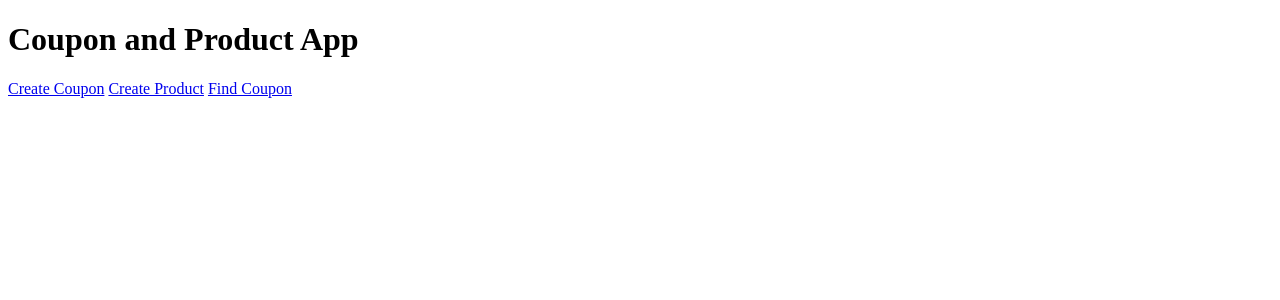
Repository: amitshinde1911/TD-Java-Training
Page: JDBC,Servlet and JSP/candpapp/src/main/webapp/index.html
An editor plug-in stored every save of this project. The page is shown before and after the next save, followed by the edit.
The browser window is 1280 px wide. The pictures show the whole page.

Above is the page before, as saved 2024-12-08 06:51:58.

### JDBC,Servlet and JSP/candpapp/src/main/webapp/index.html
<!DOCTYPE html>
<html>
<head>
<meta charset="UTF-8">
<title>Coupon and Product app</title>
</head>
<body>
	<h1>Coupon and Product App</h1>
	<a href="createCoupon.jsp">Create Coupon</a>
	<a href="createProduct.jsp">Create Product</a>
	<a href="findCoupon.jsp">Find Coupon</a>
</body>
</html>

After the next save:
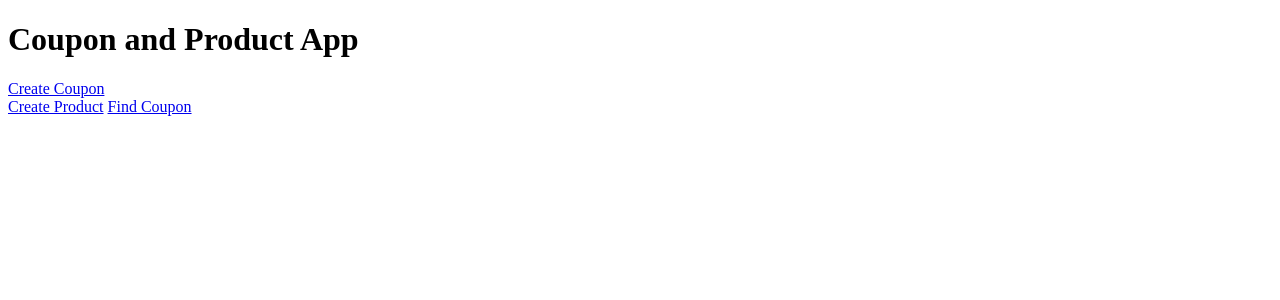
Saved 49 s later.
--- a/JDBC,Servlet and JSP/candpapp/src/main/webapp/index.html
+++ b/JDBC,Servlet and JSP/candpapp/src/main/webapp/index.html
@@ -6,7 +6,7 @@
 </head>
 <body>
 	<h1>Coupon and Product App</h1>
-	<a href="createCoupon.jsp">Create Coupon</a>
+	<a href="createCoupon.jsp">Create Coupon</a> </br>
 	<a href="createProduct.jsp">Create Product</a>
 	<a href="findCoupon.jsp">Find Coupon</a>
 </body>
